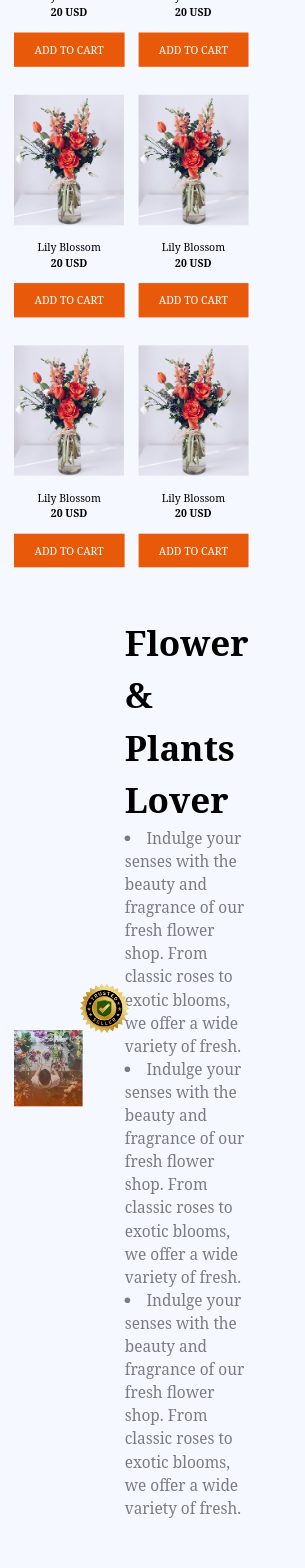
Repository: nahid-hasann/website-7
Page: index.html
The author's editor kept a copy of each file at every save. The page is drawn from the files as they stood at one save, then again after a run of saves.
The browser window is 375 px wide. The page is 375 px wide, then 435 px, so the pictures cover 435 px, including what lies to the right of the window. The pictures show the part of the page from y = 1459 to 3699 px (the page is 3699 px tall before and 3485 px after), at 70% of full size.
Some web libraries are served in a nearby version.

Above is the page before, as saved 2025-07-24 13:13:06.

### index.html
<!DOCTYPE html>
<html lang="en">
<head>
    <meta charset="UTF-8">
    <meta name="viewport" content="width=device-width, initial-scale=1.0">
     <script src="https://cdn.jsdelivr.net/npm/@tailwindcss/browser@4"></script>
    <title> website-7 </title>
    <link rel="stylesheet" href="style.css">
    <link rel="stylesheet" href="https://cdnjs.cloudflare.com/ajax/libs/font-awesome/7.0.0/css/all.min.css" integrity="sha512-DxV+EoADOkOygM4IR9yXP8Sb2qwgidEmeqAEmDKIOfPRQZOWbXCzLC6vjbZyy0vPisbH2SyW27+ddLVCN+OMzQ==" crossorigin="anonymous" referrerpolicy="no-referrer" />
   <link rel="preconnect" href="https://fonts.googleapis.com">
<link rel="preconnect" href="https://fonts.gstatic.com" crossorigin>
<link href="https://fonts.googleapis.com/css2?family=Noto+Serif:ital,wght@0,100..900;1,100..900&display=swap" rel="stylesheet">
</head>
<body class="noto-serif-nahid">


    <header>
        <nav>
            <div class="nav-logo">
                <img src="assets/logo.png" alt="">
            </div>
            <div class="nav-menu">
                <ul>
                    <li class="ul-li" style="color: black; font-weight: bold;">Home</li>
                    <li class="ul-li" >Shop</li>
                    <li class="ul-li" >About us</li>
                    <li class="last-li" style="color: black;"><i class="fa-solid fa-cart-shopping"></i>Cart ($56)</li>
                </ul>
            </div>
        </nav>
    </header>

    <main>

        <section class="banner">
            <div class="banner-section">
                <div class="banner-description">
                    <h1>ALWAYS <span style="color: #e85a0a;">FRESH <br> FLOWERS</span></h1>
                    <p>Indulge your senses with the beauty and fragrance of our fresh flower shop. From classic roses to exotic blooms, we offer a wide variety of fresh flowers that are perfect for any occasion.  </p>
                </div>
                <div class="banner-img">
                    <img src="assets/hero-flower.png" alt="">
                </div>
            </div>
        </section>

        <section class="plants-section">
             <h1> <span style="color: #e85a0a;">Our</span> Plants</h1>
             <p>Indulge your senses with the beauty and fragrance of our fresh flower shop. From classic roses to exotic blooms, we offer a wide variety of fresh.</p>
             <div class="plants-card">
                <div class="card">
                    <img src="assets/sample-flower-image.png" alt="">
                    <h4>Lily Blossom</h4>
                    <h2>20 USD</h2>
                    <button class="btn">ADD TO CART</button>
                </div>
                 <div class="card">
                    <img src="assets/sample-flower-image.png" alt="">
                    <h4>Lily Blossom</h4>
                    <h2>20 USD</h2>
                    <button class="btn">ADD TO CART</button>
                </div>
                 <div class="card">
                    <img src="assets/sample-flower-image.png" alt="">
                    <h4>Lily Blossom</h4>
                    <h2>20 USD</h2>
                    <button class="btn">ADD TO CART</button>
                </div>
                 <div class="card">
                    <img src="assets/sample-flower-image.png" alt="">
                    <h4>Lily Blossom</h4>
                    <h2>20 USD</h2>
                    <button class="btn">ADD TO CART</button>
                </div>
                 <div class="card">
                    <img src="assets/sample-flower-image.png" alt="">
                    <h4>Lily Blossom</h4>
                    <h2>20 USD</h2>
                    <button class="btn">ADD TO CART</button>
                </div>
                 <div class="card">
                    <img src="assets/sample-flower-image.png" alt="">
                    <h4>Lily Blossom</h4>
                    <h2>20 USD</h2>
                    <button class="btn">ADD TO CART</button>
                </div>
                 <div class="card">
                    <img src="assets/sample-flower-image.png" alt="">
                    <h4>Lily Blossom</h4>
                    <h2>20 USD</h2>
                    <button class="btn">ADD TO CART</button>
                </div>
                 <div class="card">
                    <img src="assets/sample-flower-image.png" alt="">
                    <h4>Lily Blossom</h4>
                    <h2>20 USD</h2>
                    <button class="btn">ADD TO CART</button>
                </div>
             </div>
        </section>

        <section class="plants-lover-section">
            <div class="plants-lover-div">
                <div class="plants-lover-img">
                <img src="assets/flower-store.png" alt="">
                <div class="badge">
                    <img class="badge-img" src="assets/trusted-badge.png" alt="">
                </div>
            </div>
            <div class="plants-lover-content">
                <h1>Flower & Plants Lover</h1>
                <or>
                    <li>Indulge your senses with the beauty and fragrance of our fresh flower shop. From classic roses to exotic blooms, we offer a wide variety of fresh.</li>
                    <li>Indulge your senses with the beauty and fragrance of our fresh flower shop. From classic roses to exotic blooms, we offer a wide variety of fresh.</li>
                    <li>Indulge your senses with the beauty and fragrance of our fresh flower shop. From classic roses to exotic blooms, we offer a wide variety of fresh.</li>
                </or>
            </div>
            </div>
        </section>

    </main>




</body>
</html>

### style.css


*{
    margin: 0;
    padding: 0;
    box-sizing: border-box;
}


.noto-serif-nahid {
  font-family: "Noto Serif", serif;
  font-optical-sizing: auto;
  font-style: normal;
  font-variation-settings:
    "wdth" 100;
}

body{
    background-color: #f5f8ff;
}



/* header suru  */

header{
   margin: 20px auto;
   max-width: 1140px;
}

nav{
    display: flex;
    justify-content: space-between;
    align-items: center;
}

.nav-logo img{
    width: 100%;
}

.nav-menu ul{
     display: flex;
     gap: 30px;
     align-items: center;
     justify-content: center;
     margin: auto 0;
}

.nav-menu ul li{
    color: rgba(137, 135, 161, 1);
    font-weight: 400;
}


/* header sesh  */

/* banner-section  */

.banner{
    margin: 230px auto 130px auto;
    max-width: 1140px;

}

.banner-section{
     display: flex;
     align-items: end;
     justify-content: center;
}

.banner-description h1{
    font-size: 65px;
    font-weight: 800;

}

.banner-description p{
    font-size: 22px;
    color: #7b7c80;
}

.banner-img img{
    max-width: 570px;
}

/* banner-section  */

/* plants-section suru */

.plants-section{
    width: 1140px;
    margin: 130px auto;
}

.plants-section h1{
    text-align: center;
    font-size: 50px;
    margin-bottom: 14px;
    font-weight: 700;
}

.plants-card{
    display: grid;
    grid-template-columns: 1fr 1fr 1fr 1fr;
    gap: 30px;
    row-gap: 60px;
    margin-top: 60px;
}

.plants-section p{
    font-size: 22px;
    color: #7b7c80;
    text-align: center;
}

.card {
    display: flex;
    flex-direction: column;
    align-items: center;
    justify-content: center;
}

.card h4{
    font-size: 22px;
    font-weight: 300;
    margin-top: 18px;
}

.card h2{
    font-size: 22px;
    font-weight: 700;
    margin-bottom: 18px;
}

.btn{
    background-color: #e85a0a;
    width: 100%;
    padding: 13px 0;
    color: white;
}

/* plants-section sesh  */

/* plants-lover-section suru  */

.plants-lover-section{
    width: 1140px;
    margin: 180px auto 130px auto;
}



.plants-lover-div{
     display: grid;
     grid-template-columns: 1fr 1fr;
    align-items: center;
    justify-content: center;
    gap: 60px;
}

.plants-lover-img{
    position: relative;
}

.badge-img{
    position: absolute;
    top: -80px;
    right: -80px;
    width: 200px;
    z-index: 999;
}



.plants-lover-content h1{
     font-size: 50px;
     font-weight: 700;
}

.plants-lover-content or li{
    font-size: 22px;
    color: #7b7c80;
}

/* plants-lover-section sesh  */


/* media screen  */

@media screen and (max-width:575px) {
    header{
        width: 100%;
    }

nav{
    margin:0 30px;

}

.nav-logo img{
    width: 63px;
}
    .ul-li{
        display: none;
    }

    .banner{
        max-width: 575px;
        margin-top: 70px ;
        margin-bottom: 70px;
    }

    .banner-section{
        flex-direction: column-reverse;

    }

    .banner-description{
        margin-left: 30px;
    }

    .banner-description h1{
    font-size: 24px;
}

.banner-description p{
    font-size: 14px;
}

.banner-img img{
    max-width: 400px;
    margin-bottom: 80px;
}

.plants-section{
    width: 100% ;
    padding: 0 20px ;
    margin: 70px 0;

}

.plants-card{
    display: grid;
    grid-template-columns: 1fr 1fr;
    gap: 20px;
    row-gap: 40px;
}

.plants-section h1{
    font-size: 24px;
}
.plants-section p{
    font-size: 14px;
}

.card h4{
    font-size: 15px;
}

.card h2{
    font-size: 15px;
}

.btn{
    font-size: 15px;
}

.plants-lover-section{
    width: 100%;
    margin: 70px 0;
    padding: 0 20px;
}

.plants-lover-div{

}

}

After the next 3 saves:
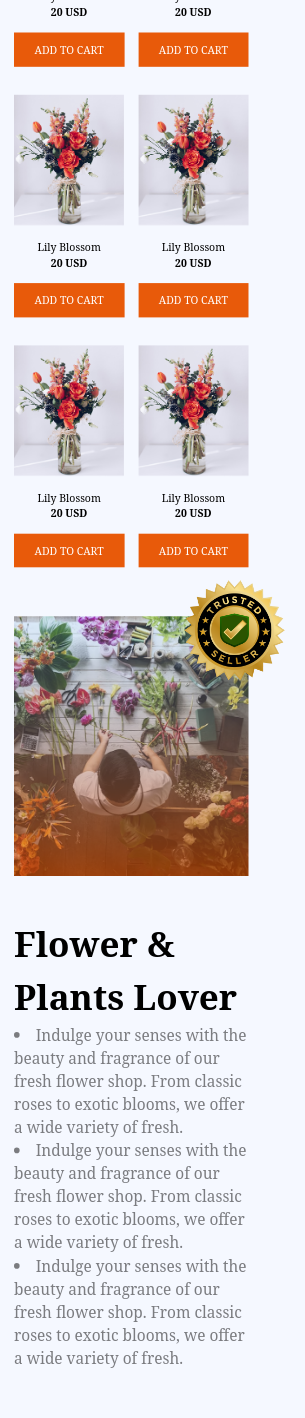
The 3 saves are shown as one change because they came seconds apart.
The last was saved 8 s later.
--- a/style.css
+++ b/style.css
@@ -272,7 +272,7 @@ nav{
 }
 
 .plants-lover-div{
-
-}
-
-}
+    grid-template-columns: 1fr;
+}
+
+}
